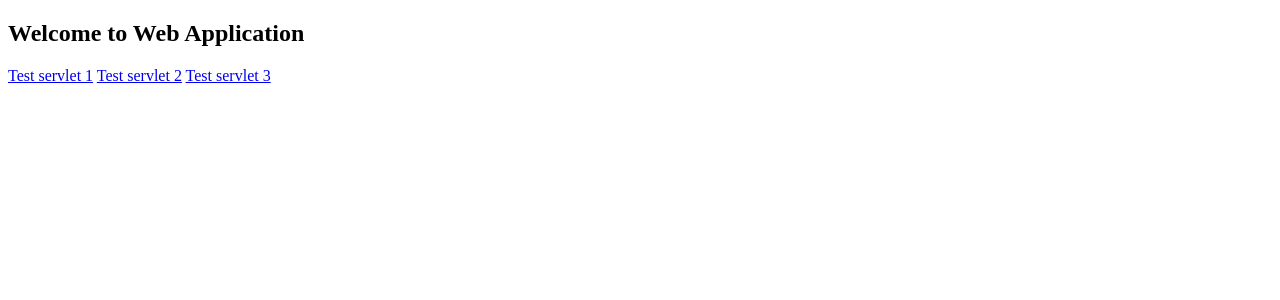
Repository: runeshgazane/Advance_Java_Practice
Page: Day2/Day2_2/src/main/webapp/home.html
The author's editor kept a copy of each file at every save. The page is drawn from the files as they stood at one save, then again after the next save.
The browser window is 1280 px wide. The pictures show the whole page.

Above is the page before, as saved 2023-01-19 10:13:56.

### Day2/Day2_2/src/main/webapp/home.html
<!DOCTYPE html>
<html>
<head>
<meta charset="ISO-8859-1">
<title>Insert title here</title>
</head>
<body>
	<h2>Welcome to Web Application</h2>
	<a href="test1">Test servlet 1</a>
	<a href="test2">Test servlet 2</a>
	<a href="test2">Test servlet 3</a>
</body>
</html>

After the next save:
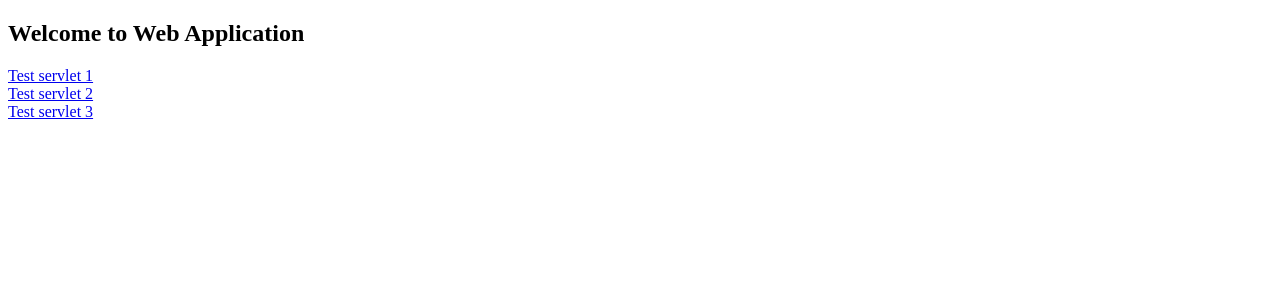
Saved 14 s later.
--- a/Day2/Day2_2/src/main/webapp/home.html
+++ b/Day2/Day2_2/src/main/webapp/home.html
@@ -6,8 +6,8 @@
 </head>
 <body>
 	<h2>Welcome to Web Application</h2>
-	<a href="test1">Test servlet 1</a>
-	<a href="test2">Test servlet 2</a>
-	<a href="test2">Test servlet 3</a>
+	<a href="test1">Test servlet 1</a><br>
+	<a href="test2">Test servlet 2</a><br>
+	<a href="test2">Test servlet 3</a><br>
 </body>
 </html>
